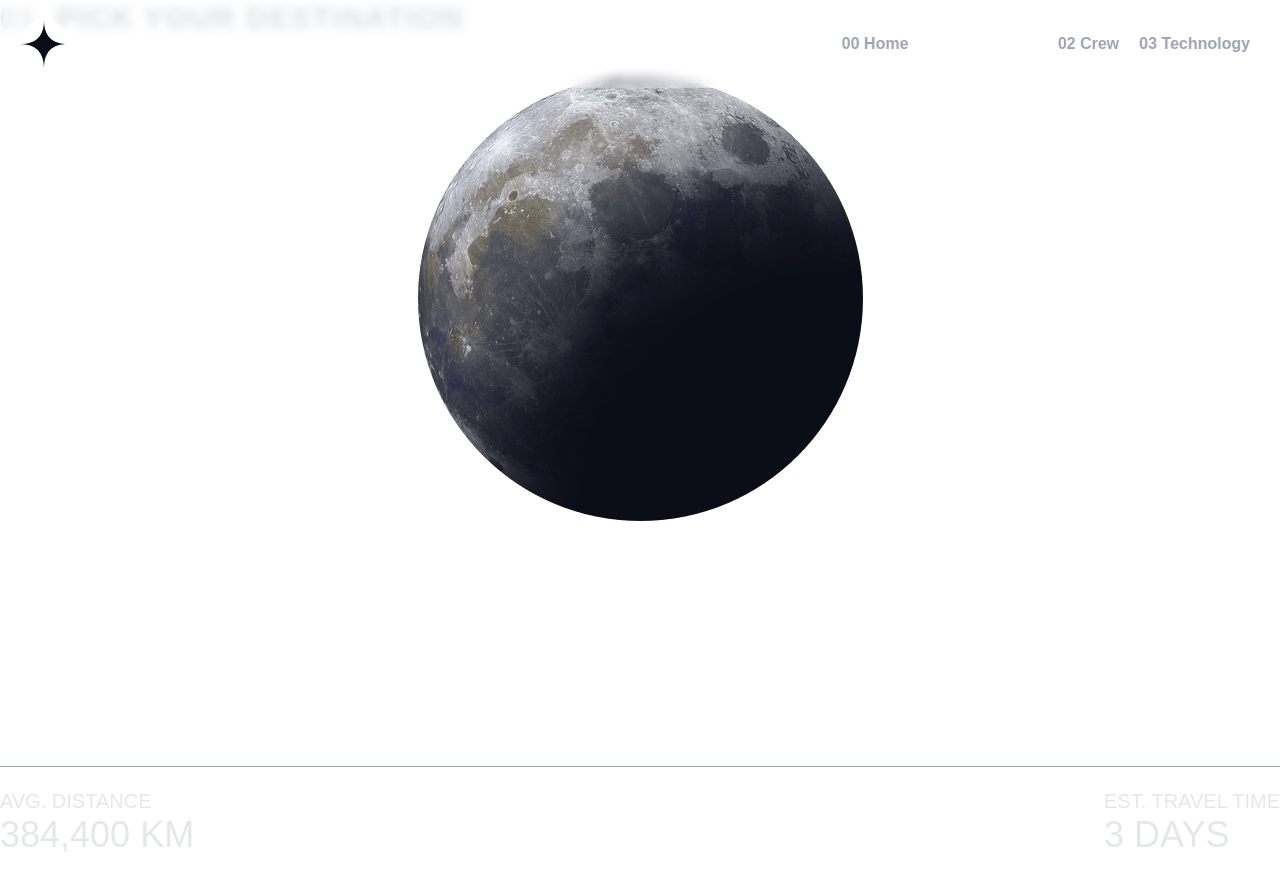
Repository: OmniaRafat232111121/Space-Toursim
Page: /destination
An editor plug-in stored every save of this project. The page is shown before and after a run of saves, followed by the edit.
The browser window is 1280 px wide. The pictures show the whole page.
Some web fonts or font styles are not loaded; a fallback is used. The project was rebuilt for these pictures with package versions that can differ from the ones it lists, and the page was loaded fresh each time. Also part of the build but not shown: src/components/Home.js, src/components/Crew.js, src/components/Technology.js, src/components/Error.js.

Above is the page before, as saved 2022-08-09 16:23:06.

After the next 7 saves:
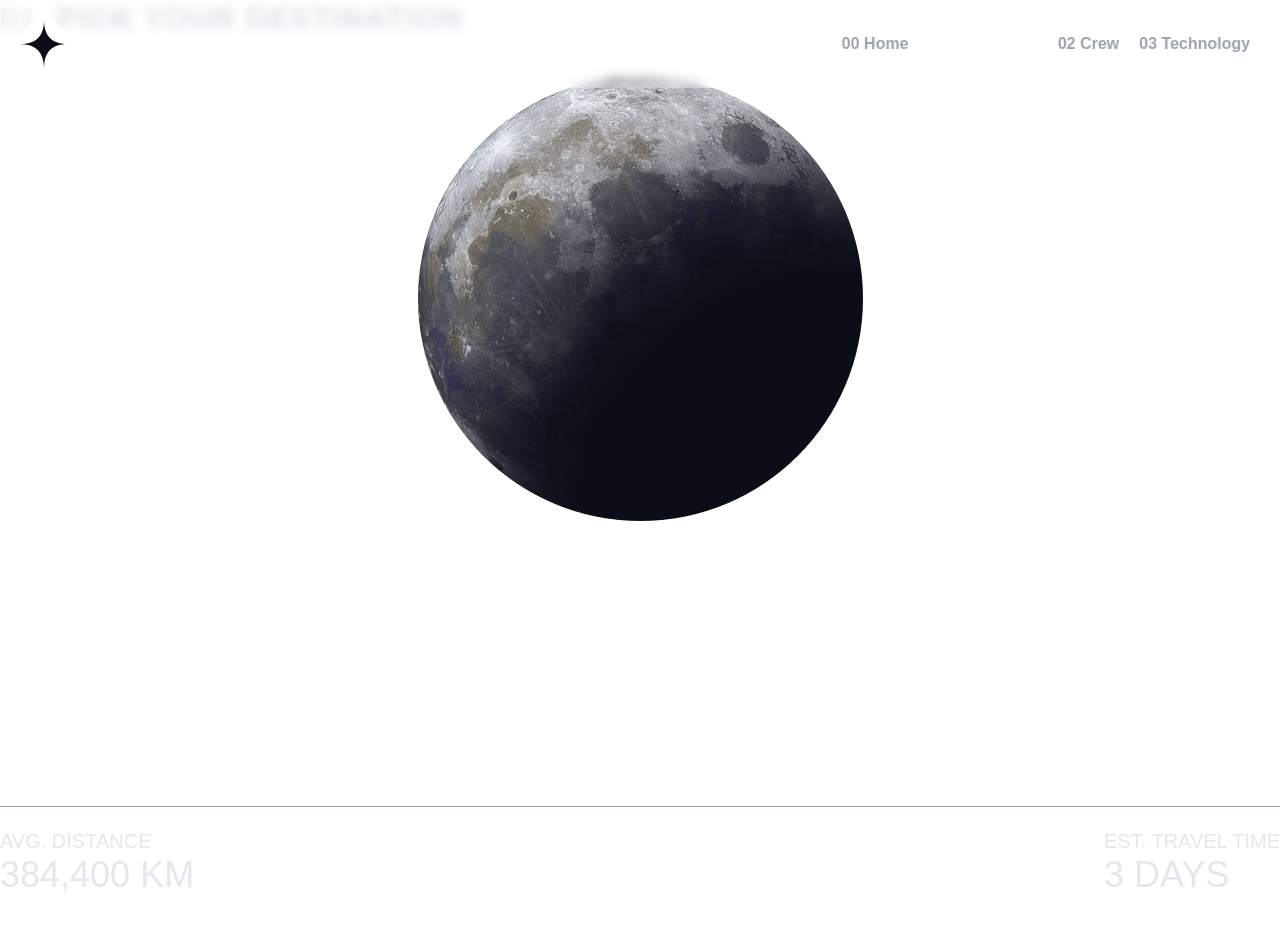
The 7 saves are shown as one change because they came seconds apart.
The last was saved 11 s later.
--- a/src/components/Destination.js
+++ b/src/components/Destination.js
@@ -23,7 +23,7 @@
 
 
      <article className="pt-20 text-center md:text-left pb-10">
-           <ul className="flex items-center justify-center md:jusstify">
+           <ul className="flex items-center justify-center md:jusstify-start mb-10">
            </ul>
 
             <h2 className="text-white font-bold text-4xl lg:text-6xl uppercase tracking-widest mb-5">
